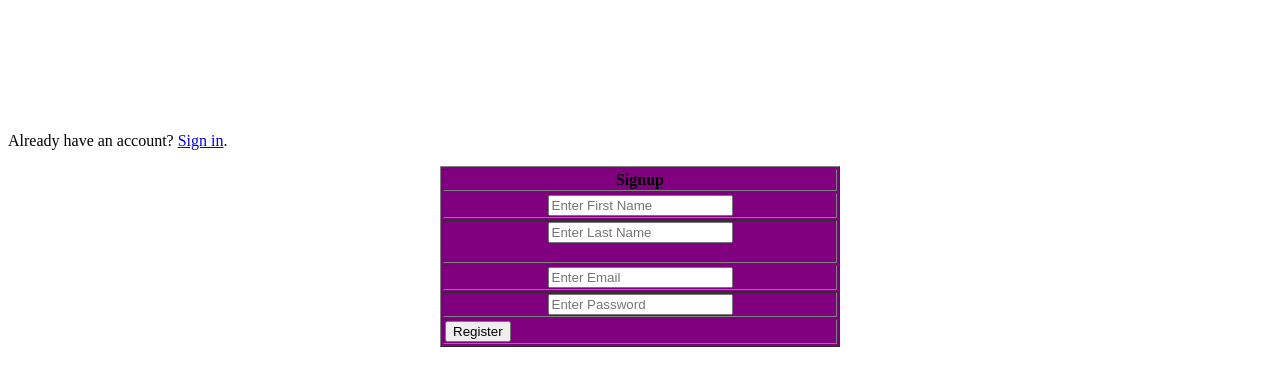
Repository: 1919satya/Mode2
Page: sample/sample/WebContent/sample.html
These files come from the project's save history. The page is drawn as it stood at one moment and after the next save; the edit follows.
The browser window is 1280 px wide. The pictures show the whole page.

Above is the page before, as saved 2019-10-10 13:08:08.

### sample/sample/WebContent/sample.html
<!DOCTYPE html>
<html>
<head>
<meta charset="ISO-8859-1">
<title>Insert title here</title>
</head>
<body>

<form >
<div class="container">
<table border="1" align="center" width="400" bgcolor="purple" >
  <th>Signup</th>
  <tr>
   <th><input type="text" placeholder="Enter First Name" ></th><br/><br/>
   </tr>

   <tr>
    <th><input type="text" placeholder="Enter Last Name" ></td> <br/><br/>
    </tr>

    <tr>

   <th><input type="text" placeholder="Enter Email" ></th> <br/><br/>
   </tr>

<tr>

    <th><input type="password" placeholder="Enter Password" ></th> <br/><br/>
    </tr>


   <tr>
   <center>
    <td><button type="submit" class="registerbtn">Register</button>
    </center>
    </tr>

  </div>

  <div class="container signin">
    <p>Already have an account? <a href="#">Sign in</a>.</p>
  </div>
</form>
</table>
</body>
</html>

After the next save:
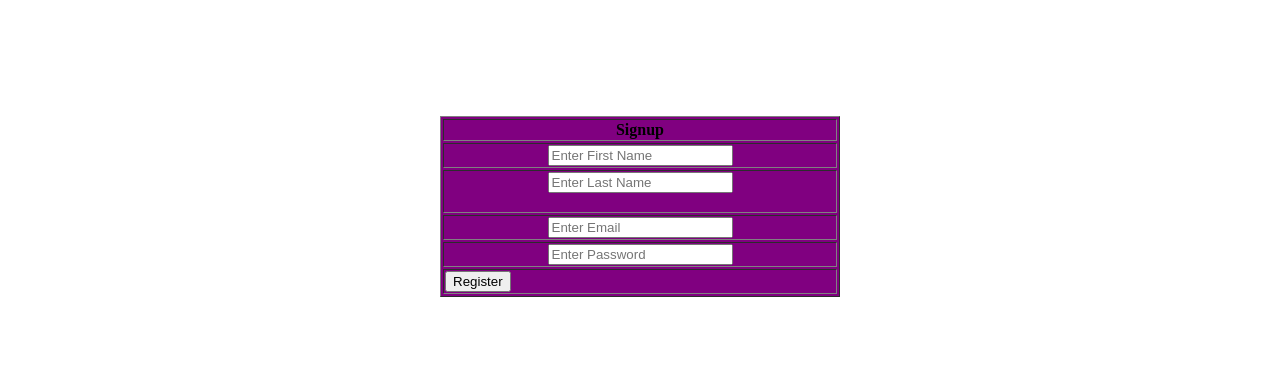
Saved 67 s later.
--- a/sample/sample/WebContent/sample.html
+++ b/sample/sample/WebContent/sample.html
@@ -31,15 +31,13 @@
 
    <tr>
    <center>
-    <td><button type="submit" class="registerbtn">Register</button>
+    <td><input type="submit"  value="Register" />
     </center>
     </tr>
 
   </div>
 
-  <div class="container signin">
-    <p>Already have an account? <a href="#">Sign in</a>.</p>
-  </div>
+
 </form>
 </table>
 </body>
